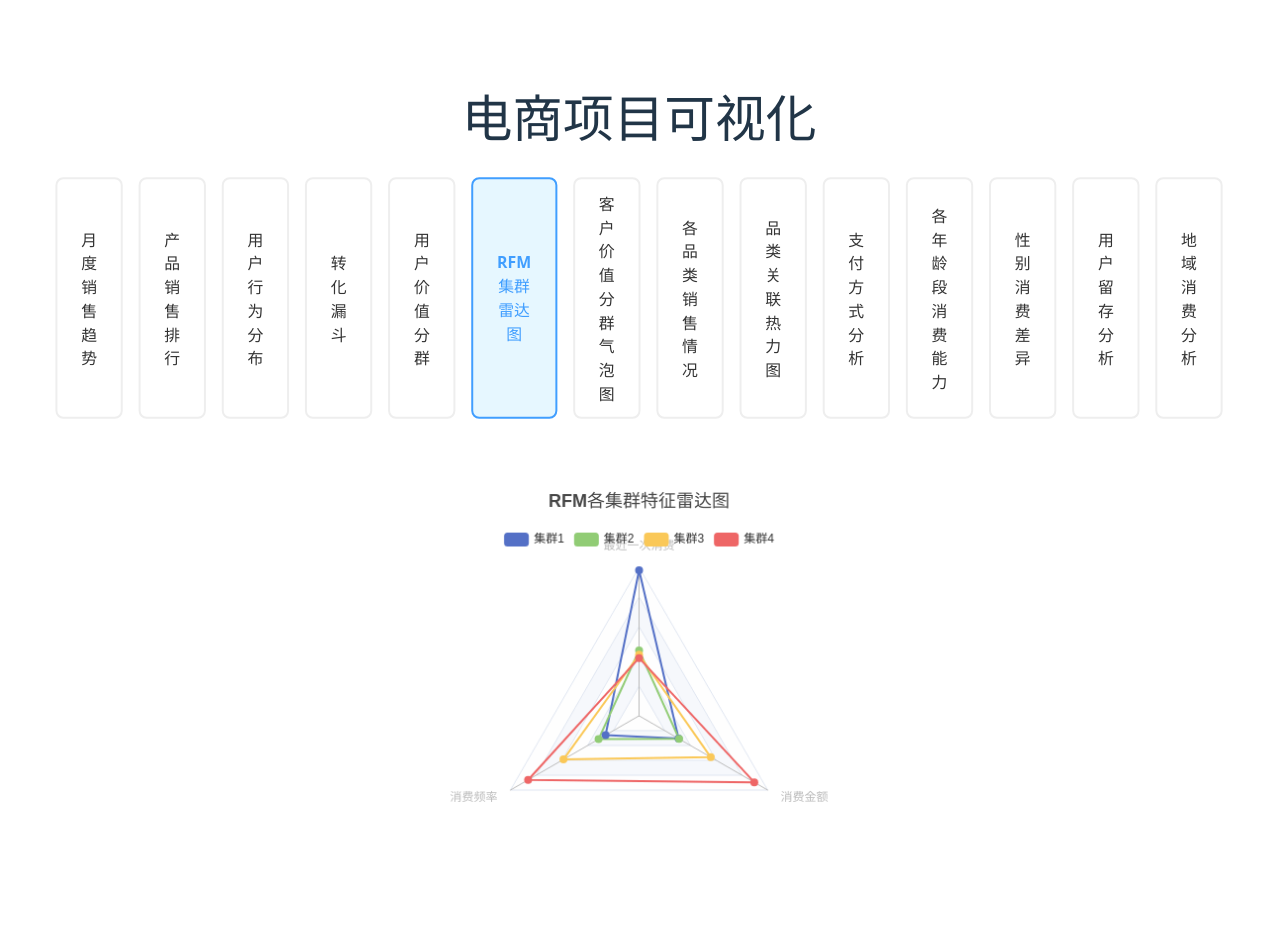
Repository: sakimi-9/DPV-EC
Page: / (app in src/rendering/), after clicking the first element matching `div > :nth-child(6)`
These files come from the project's save history. The page is drawn as it stood at one moment and after the next save; the edit follows.
The browser window is 1280 px wide. The page is 1291 px wide, so the pictures cover 1291 px, including what lies to the right of the window. The pictures show the whole page, at 99% of full size.
The page's requests for data from a server got no answer. The project was rebuilt for these pictures with package versions that can differ from the ones it lists, and the page was loaded fresh each time. No one was signed in, and anything a server would have sent is missing. Also part of the build but not shown: src/rendering/vite.config.ts, src/rendering/src/views/ProductRank.vue, src/rendering/src/views/UserBehavior.vue, src/rendering/src/views/Funnel.vue, src/rendering/src/views/RFMScatter.vue, src/rendering/src/views/RFMBubble.vue, src/rendering/src/views/CategorySales.vue, src/rendering/src/views/CategoryHeatmap.vue and 5 more.

Above is the page before, as saved 2025-06-19 14:04:58.

### src/rendering/src/App.vue
<template>
  <div style="padding: 24px;">
    <h1 style="text-align:center; margin-bottom: 32px;">电商项目可视化</h1>
    <div style="display: flex; justify-content: center; gap: 16px; margin-bottom: 32px;">
      <button v-for="(tab, idx) in tabs" :key="tab.key" :style="{
        padding: '12px 24px',
        border: idx === activeTab ? '2px solid #409EFF' : '2px solid #eee',
        borderRadius: '8px',
        background: idx === activeTab ? '#e6f7ff' : '#fff',
        color: idx === activeTab ? '#409EFF' : '#333',
        fontWeight: 'bold',
        cursor: 'pointer'
      }" @click="activeTab = idx">
        {{ tab.label }}
      </button>
    </div>
    <component :is="tabs[activeTab].component" />
  </div>
</template>

<script setup lang="ts">
import { ref } from 'vue'
import SalesTrend from './views/SalesTrend.vue'
import ProductRank from './views/ProductRank.vue'
import UserBehavior from './views/UserBehavior.vue'
import Funnel from './views/Funnel.vue'
import RFMScatter from './views/RFMScatter.vue'
import RFMRadar from './views/RFMRadar.vue'
import RFMBubble from './views/RFMBubble.vue'
import CategorySales from './views/CategorySales.vue'
import CategoryHeatmap from './views/CategoryHeatmap.vue'
import PaymentAnalysis from './views/PaymentAnalysis.vue'
import AgeConsumption from './views/AgeConsumption.vue'
import GenderConsumption from './views/GenderConsumption.vue'
import UserRetention from './views/UserRetention.vue'
import RegionConsumption from './views/RegionConsumption.vue'

const tabs = [
  { key: 'sales', label: '月度销售趋势', component: SalesTrend },
  { key: 'product', label: '产品销售排行', component: ProductRank },
  { key: 'behavior', label: '用户行为分布', component: UserBehavior },
  { key: 'funnel', label: '转化漏斗', component: Funnel },
  { key: 'rfm_scatter', label: '用户价值分群', component: RFMScatter },
  { key: 'rfm_radar', label: 'RFM集群雷达图', component: RFMRadar },
  { key: 'rfm_bubble', label: '客户价值分群气泡图', component: RFMBubble },
  { key: 'category_sales', label: '各品类销售情况', component: CategorySales },
  { key: 'category_heatmap', label: '品类关联热力图', component: CategoryHeatmap },
  { key: 'payment', label: '支付方式分析', component: PaymentAnalysis },
  { key: 'age', label: '各年龄段消费能力', component: AgeConsumption },
  { key: 'gender', label: '性别消费差异', component: GenderConsumption },
  { key: 'retention', label: '用户留存分析', component: UserRetention },
  { key: 'region', label: '地域消费分析', component: RegionConsumption }
]
const activeTab = ref(0)
</script>

### src/rendering/src/views/SalesTrend.vue
<template>
    <EchartBase :option="option" height="400px" />
</template>

<script setup lang="ts">
import { ref, onMounted } from 'vue'
import EchartBase from '../components/EchartBase.vue'

const option = ref({})

function getMonth(dateStr: string) {
    return dateStr.slice(0, 7)
}

onMounted(async () => {
    try {
        const [ordersRes, orderItemsRes] = await Promise.all([
            fetch('/orders.json'),
            fetch('/order_items.json')
        ])
        if (!ordersRes.ok || !orderItemsRes.ok) throw new Error('数据文件未找到')
        const orders = await ordersRes.json()
        const orderItems = await orderItemsRes.json()
        // 计算每个订单金额
        const orderAmount: Record<string, number> = {}
        orderItems.forEach((item: any) => {
            orderAmount[item.order_id] = (orderAmount[item.order_id] || 0) + Number(item.price) * Number(item.quantity)
        })
        // 统计每月销售额
        const monthSales: Record<string, number> = {}
        orders.forEach((o: any) => {
            const m = getMonth(o.order_date)
            monthSales[m] = (monthSales[m] || 0) + (orderAmount[o.order_id] || 0)
        })
        const months = Object.keys(monthSales).sort()
        option.value = {
            title: { text: '月度销售趋势', left: 'center' },
            tooltip: { trigger: 'axis' },
            xAxis: { type: 'category', data: months },
            yAxis: { type: 'value' },
            series: [{ data: months.map(m => monthSales[m]), type: 'line', smooth: true }]
        }
    } catch (e) {
        console.error('月度销售趋势数据加载失败', e)
    }
})
</script>

### src/rendering/src/views/RFMRadar.vue
<template>
    <div style="margin-top: 60px;">
        <EchartBase :option="option" height="400px" />
    </div>
</template>

<script setup lang="ts">
import { ref, onMounted } from 'vue'
import EchartBase from '../components/EchartBase.vue'

const option = ref({})

onMounted(async () => {
    const res = await fetch('/rfm_radar.json')
    const data = await res.json()
    const indicators = [
        { name: '最近一次消费', max: 2, min: -2 },
        { name: '消费频率', max: 2, min: -2 },
        { name: '消费金额', max: 2, min: -2 }
    ]
    option.value = {
        title: { text: 'RFM各集群特征雷达图', left: 'center', top: 10 },
        tooltip: {},
        legend: { data: data.map((d: any) => `集群${d.cluster + 1}`), top: 50 },
        radar: { indicator: indicators, center: ['50%', '60%'] },
        series: [{
            type: 'radar',
            data: data.map((d: any) => ({
                value: [d.recency, d.frequency, d.monetary],
                name: `集群${d.cluster + 1}`
            }))
        }]
    }
})
</script>

### src/rendering/src/components/EchartBase.vue
<template>
    <div ref="chartRef" :style="{ width: '100%', height: height }"></div>
</template>

<script setup lang="ts">
import { ref, onMounted, onBeforeUnmount, watch } from 'vue'
import * as echarts from 'echarts'

const props = defineProps({
    option: { type: Object, required: true },
    height: { type: String, default: '400px' }
})

const chartRef = ref<HTMLElement | null>(null)
let chartInstance: echarts.ECharts | null = null

const renderChart = () => {
    if (chartRef.value) {
        if (!chartInstance) {
            chartInstance = echarts.init(chartRef.value)
        }
        chartInstance.setOption(props.option)
    }
}

onMounted(() => {
    renderChart()
    window.addEventListener('resize', resizeChart)
})

onBeforeUnmount(() => {
    if (chartInstance) {
        chartInstance.dispose()
        chartInstance = null
    }
    window.removeEventListener('resize', resizeChart)
})

const resizeChart = () => {
    if (chartInstance) {
        chartInstance.resize()
    }
}

watch(() => props.option, renderChart, { deep: true })
</script>

### src/rendering/public/rfm_radar.json
[
  {
    "cluster": 0,
    "recency": 1.918362789991996,
    "frequency": -0.9580539040569709,
    "monetary": -0.7696626377106415
  },
  {
    "cluster": 1,
    "recency": -0.2376870254533549,
    "frequency": -0.7405668421248249,
    "monetary": -0.7547798112664874
  },
  {
    "cluster": 2,
    "recency": -0.35301961037022156,
    "frequency": 0.35182840892579886,
    "monetary": 0.23003397145509383
  },
  {
    "cluster": 3,
    "recency": -0.4443181391400693,
    "frequency": 1.451432708870513,
    "monetary": 1.583387211673107
  }
]

Loaded but not shown: src/rendering/index.html (common file); src/rendering/src/main.ts (common file); src/rendering/src/style.css (common file)

After the next save:
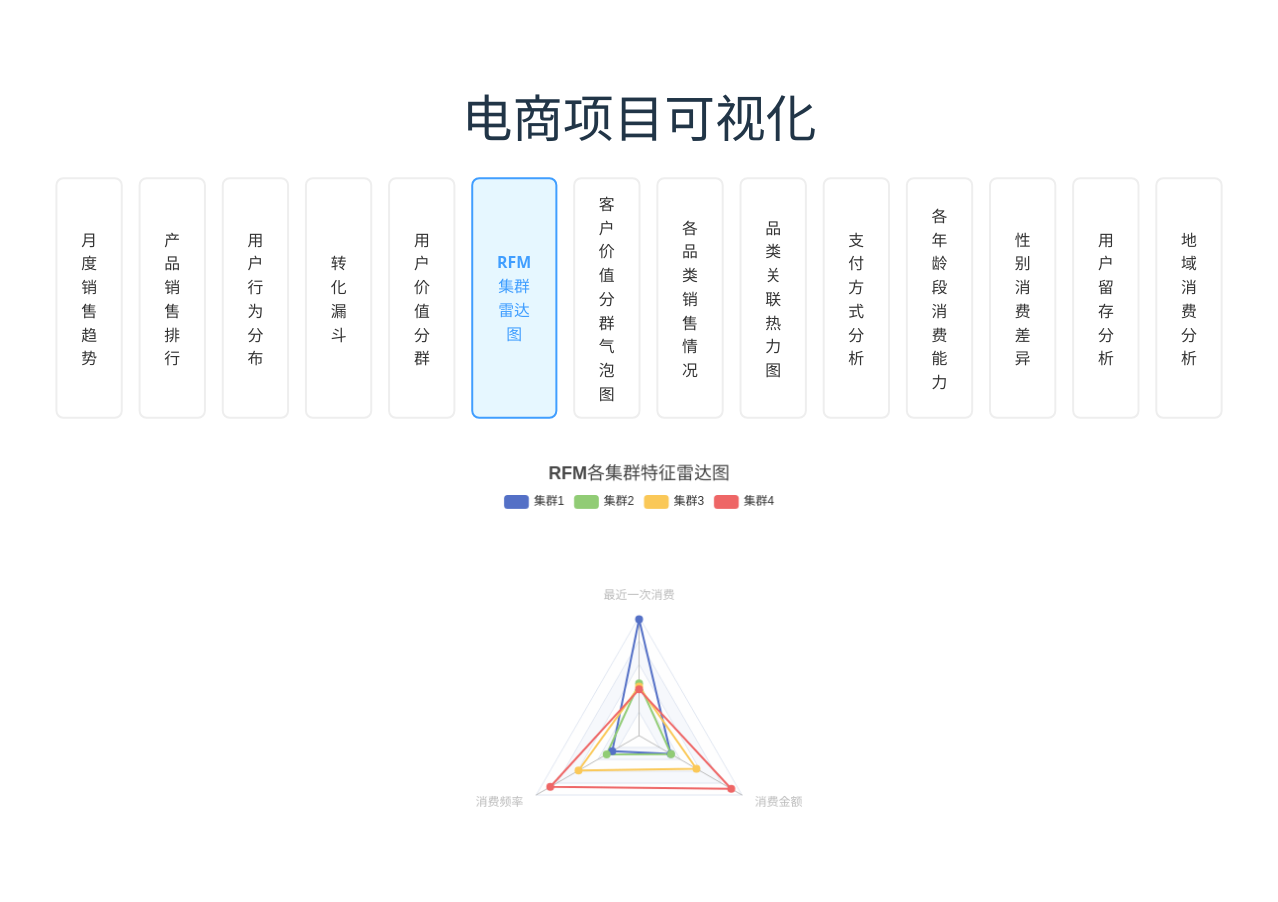
Saved 107 s later.
--- a/src/rendering/src/views/RFMRadar.vue
+++ b/src/rendering/src/views/RFMRadar.vue
@@ -1,5 +1,5 @@
 <template>
-    <div style="margin-top: 60px;">
+    <div>
         <EchartBase :option="option" height="400px" />
     </div>
 </template>
@@ -21,8 +21,12 @@ onMounted(async () => {
     option.value = {
         title: { text: 'RFM各集群特征雷达图', left: 'center', top: 10 },
         tooltip: {},
-        legend: { data: data.map((d: any) => `集群${d.cluster + 1}`), top: 50 },
-        radar: { indicator: indicators, center: ['50%', '60%'] },
+        legend: { data: data.map((d: any) => `集群${d.cluster + 1}`), top: 40 },
+        radar: {
+            indicator: indicators,
+            center: ['50%', '72%'], // 下移
+            radius: 120 // 缩小半径
+        },
         series: [{
             type: 'radar',
             data: data.map((d: any) => ({
